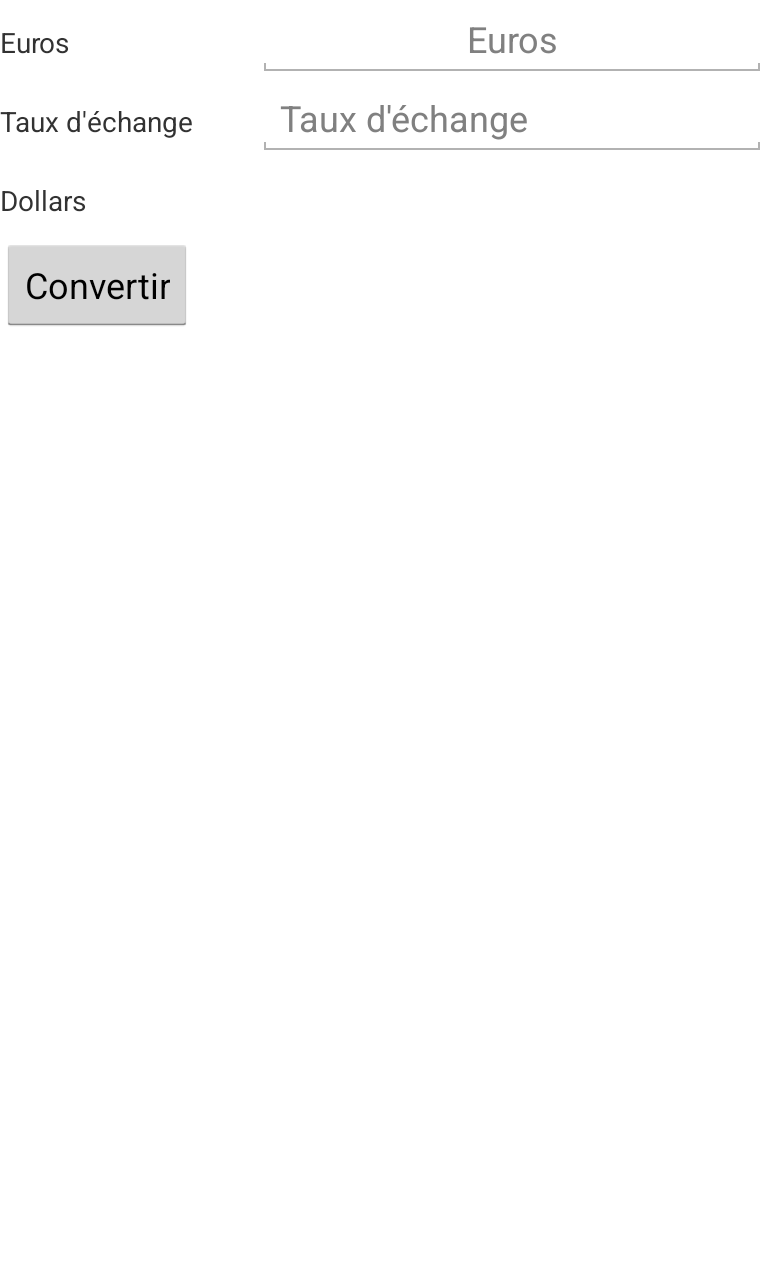
Repository: Keithdae/TP_IHM
Layout: Sous/res/layout/activity_main.xml
An editor plug-in stored every save of this project. The layout is shown before and after the next save, followed by the edit.
It is drawn on a 768 x 1280 px phone screen (xhdpi) without system bars, with theme AppTheme; the app's code is not run.

Above is the layout before, as saved 2016-03-08 10:47:56.

### Sous/res/layout/activity_main.xml
<LinearLayout xmlns:android="http://schemas.android.com/apk/res/android"
    xmlns:tools="http://schemas.android.com/tools"
    android:layout_width="match_parent"
    android:layout_height="match_parent"
    android:orientation="vertical"
    tools:context=".MainActivity" >


    <LinearLayout
    android:layout_width="match_parent"
    android:layout_height="wrap_content"
    android:orientation="horizontal">


    	<TextView
    	    android:layout_weight="1"
    	    android:layout_width="0dp"
     	 	android:layout_height="wrap_content"
      		android:text="@string/euros_label" />

    	<EditText android:id="@+id/edit_euros"
    	    android:inputType="numberDecimal"
    	    android:layout_weight="2"
        	android:layout_width="0dp"
        	android:layout_height="wrap_content"
        	android:gravity="center_horizontal"
        	android:hint="@string/euros_label" />

    </LinearLayout>


    <LinearLayout
    android:layout_width="match_parent"
    android:layout_height="wrap_content"
    android:orientation="horizontal">


    	<TextView
    	    android:layout_weight="1"
    	    android:layout_width="0dp"
     	 	android:layout_height="wrap_content"
      		android:text="@string/change_label" />

    	<EditText android:id="@+id/edit_change"
        	android:inputType="numberDecimal"
        	android:layout_weight="2"
        	android:layout_width="0dp"
        	android:layout_height="wrap_content"
        	android:hint="@string/change_label" />

    </LinearLayout>


    <LinearLayout
    android:layout_width="match_parent"
    android:layout_height="wrap_content"
    android:orientation="horizontal">


    	<TextView
    	    android:layout_weight="1"
    	    android:layout_width="0dp"
     	 	android:layout_height="wrap_content"
      		android:text="@string/dollars_label" />

    	<EditText android:id="@+id/edit_dollars"
    	    android:visibility="invisible"
        	android:inputType="numberDecimal"
        	android:layout_weight="2"
        	android:layout_width="0dp"
        	android:layout_height="wrap_content"
        	android:hint="@string/dollars_label"
        	android:enabled="false"
        	android:focusable="false" />

    </LinearLayout>


    <Button
    android:layout_width="wrap_content"
    android:layout_height="wrap_content"
    android:text="@string/button_convert"
    android:onClick="convert" />


</LinearLayout>

### Sous/res/values/strings.xml
<?xml version="1.0" encoding="utf-8"?>
<resources>

    <string name="app_name">Sous</string>
    <string name="hello_world">Hello world!</string>
    <string name="menu_settings">Settings</string>
    <string name="euros_label">Euros</string>
    <string name="dollars_label">Dollars</string>
    <string name="change_label">Taux d\'échange</string>
    <string name="button_convert">Convertir</string>

</resources>

Loaded but not shown: Sous/res/values/styles.xml (common file); Sous/res/values-v11/styles.xml (common file); Sous/res/values-v14/styles.xml (common file)

After the next save:
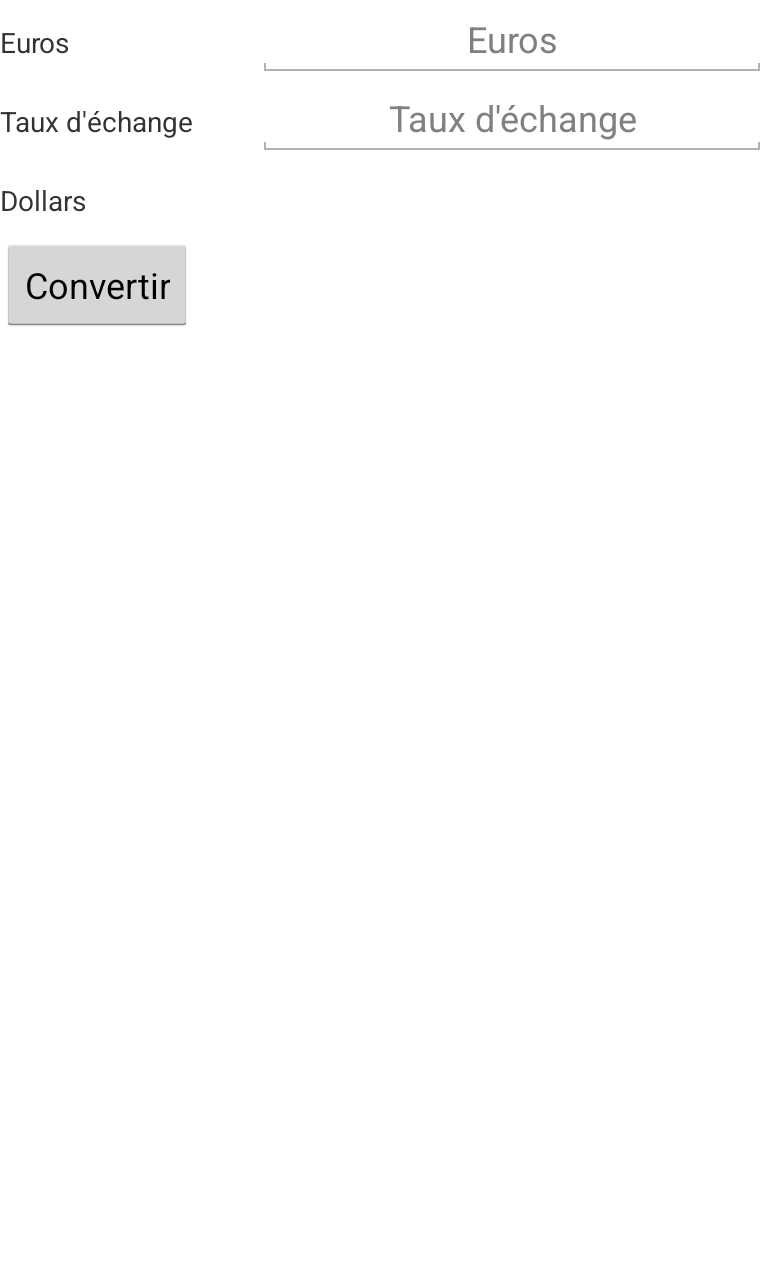
Saved 16 s later.
--- a/Sous/res/layout/activity_main.xml
+++ b/Sous/res/layout/activity_main.xml
@@ -46,6 +46,7 @@
         	android:layout_weight="2"
         	android:layout_width="0dp"
         	android:layout_height="wrap_content"
+        	android:gravity="center_horizontal"
         	android:hint="@string/change_label" />
 
     </LinearLayout>
@@ -69,6 +70,7 @@
         	android:layout_weight="2"
         	android:layout_width="0dp"
         	android:layout_height="wrap_content"
+        	android:gravity="center_horizontal"
         	android:hint="@string/dollars_label"
         	android:enabled="false"
         	android:focusable="false" />
